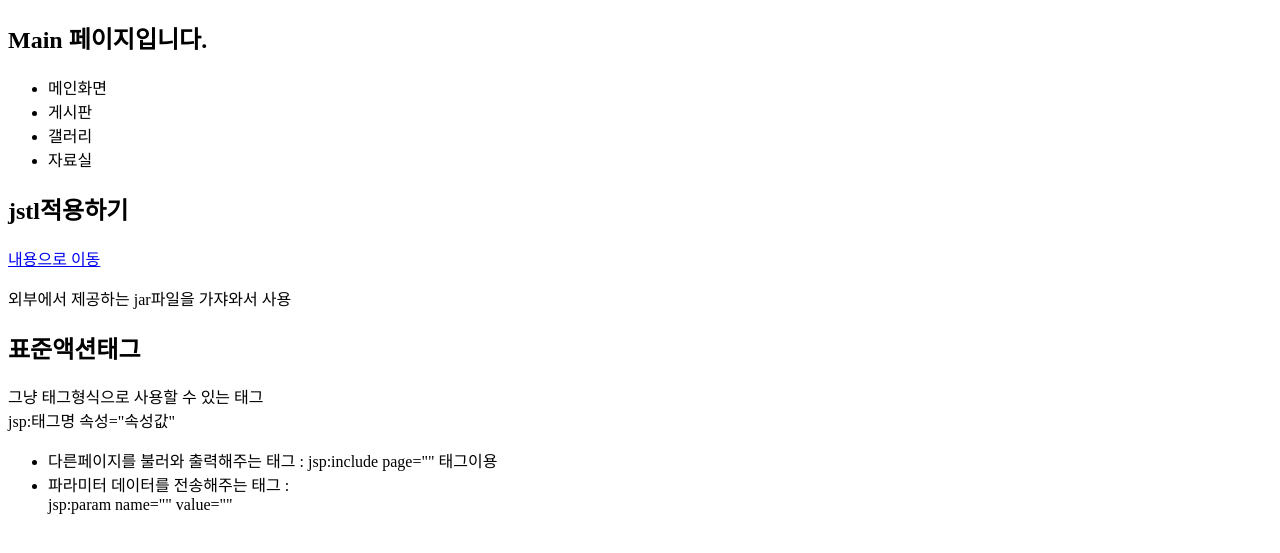
Repository: simjiho/week
Page: http://localhost/el_jstl/
These files come from the project's save history. The page is drawn as it stood at one moment and after the next save; the edit follows.
The browser window is 1280 px wide. The pictures show the whole page.
The page is served by Tomcat 9. Other server files are loaded and not shown.

Above is the page before, as saved 2024-04-20 05:37:09.

### workspace/el_jstl/src/main/webapp/index.jsp
<%@ page language="java" contentType="text/html; charset=UTF-8"
    pageEncoding="UTF-8"%>
<!-- 이용할 jstl 태그를 선언해야함 -->
<%@ taglib prefix="c" uri="http://java.sun.com/jsp/jstl/core" %>
<%@ taglib prefix="fmt" uri="http://java.sun.com/jsp/jstl/fmt" %>
<jsp:include page="/views/common/header.jsp">
	<jsp:param name="title" value="Main"/>
</jsp:include>

	<%-- <h3><%=name %></h3> --%>
	<h2>jstl적용하기</h2>
	<a href="views/content.jsp">내용으로 이동</a>
	<p>외부에서 제공하는 jar파일을 가쟈와서 사용</p>

	<h2>표준액션태그</h2>
	<p>
		그냥 태그형식으로 사용할 수 있는 태그 <br>
		jsp:태그명 속성="속성값"
	</p>
	<ul>
		<li>
			다른페이지를 불러와 출력해주는 태그 : jsp:include page="" 태그이용
		</li>
		<li>
			파라미터 데이터를 전송해주는 태그 : <br>
			jsp:param name="" value=""
		</li>
	</ul>
</body>
</html>

### workspace/el_jstl/src/main/webapp/views/common/header.jsp
<%@ page language="java" contentType="text/html; charset=UTF-8"
    pageEncoding="UTF-8"%>
<%
	String name="안녕";
%>
<!DOCTYPE html>
<html>
<head>
<meta charset="UTF-8">
<title>근명고등학교</title>
</head>
<body>
	<h2 style="${param.style}">${param.title} 페이지입니다.</h2>
	<ul>
		<li>메인화면</li>
		<li>게시판</li>
		<li>갤러리</li>
		<li>자료실</li>
	</ul>

After the next save:
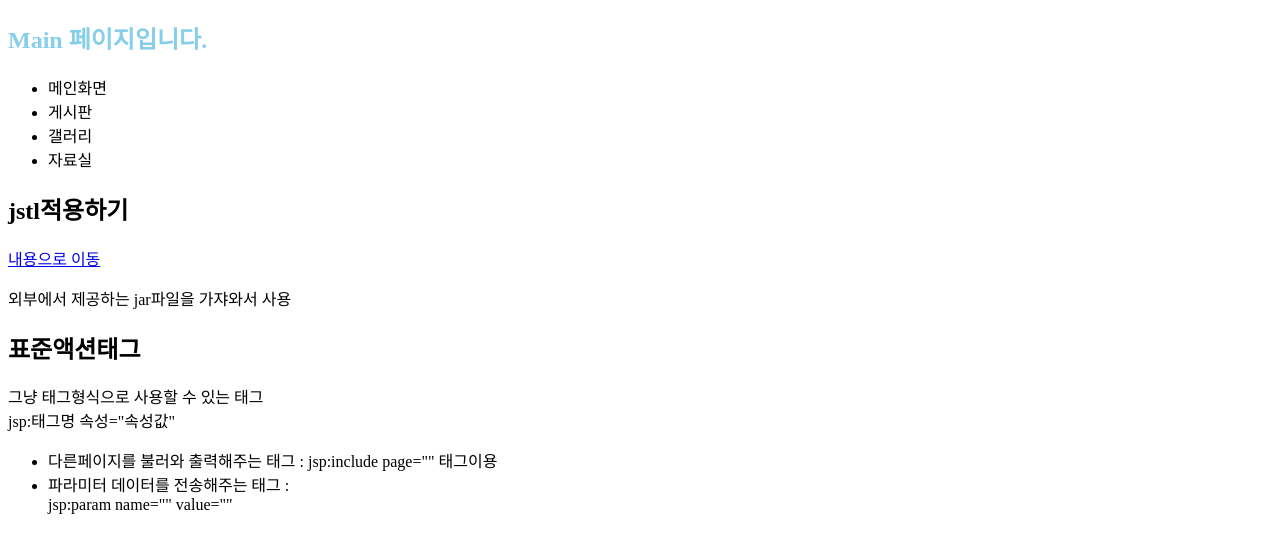
Saved 83 s later.
--- a/workspace/el_jstl/src/main/webapp/index.jsp
+++ b/workspace/el_jstl/src/main/webapp/index.jsp
@@ -5,6 +5,7 @@
 <%@ taglib prefix="fmt" uri="http://java.sun.com/jsp/jstl/fmt" %>
 <jsp:include page="/views/common/header.jsp">
 	<jsp:param name="title" value="Main"/>
+	<jsp:param name="style" value="color:skyblue"/>
 </jsp:include>
 
 	<%-- <h3><%=name %></h3> --%>
